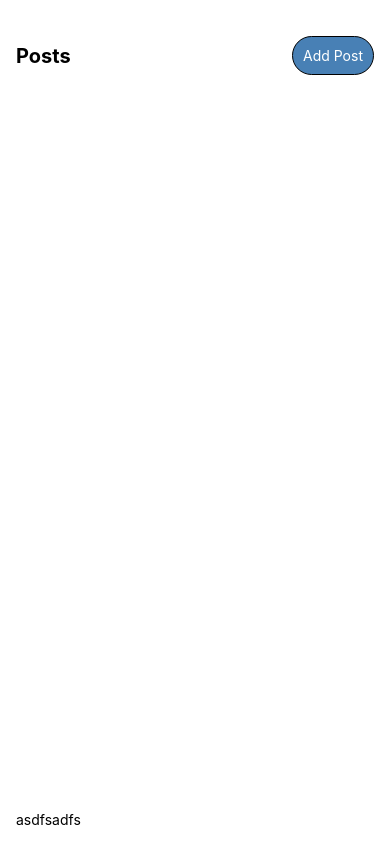
Repository: ntu34543/React-Native
Screen: / (app in demo/)
The author's editor kept a copy of each file at every save. The screen is drawn from the files as they stood at one save, then again after the next save.
The page's requests for data from a server got no answer. The app was drawn by React Native's web renderer in a window 390 px wide. The project was rebuilt for these pictures with package versions that can differ from the ones it lists, and the page was loaded fresh each time. No one was signed in, and anything a server would have sent is missing. Also part of the build but not shown: demo/src/components/PostCardItem.js.

Above is the screen before, as saved 2022-09-13 15:03:03.

After the next save:
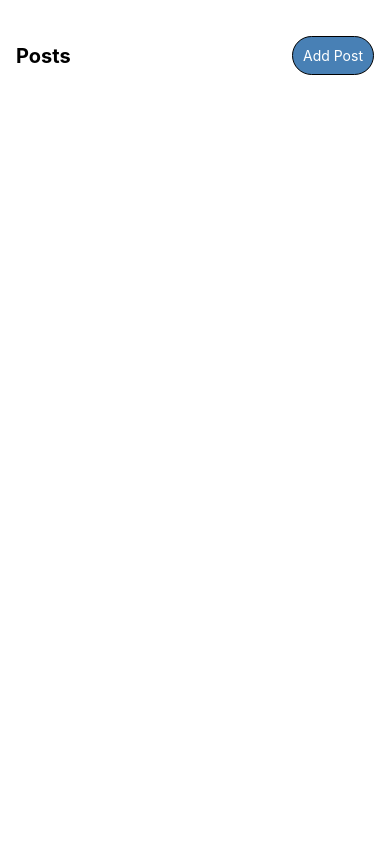
Saved 23 s later.
--- a/demo/App.js
+++ b/demo/App.js
@@ -139,7 +139,6 @@ export default function App() {
           />
         )}
       />
-      <Text>asdfsadfs</Text>
       <ModalView
         visible={visible}
         title="Add Post"
